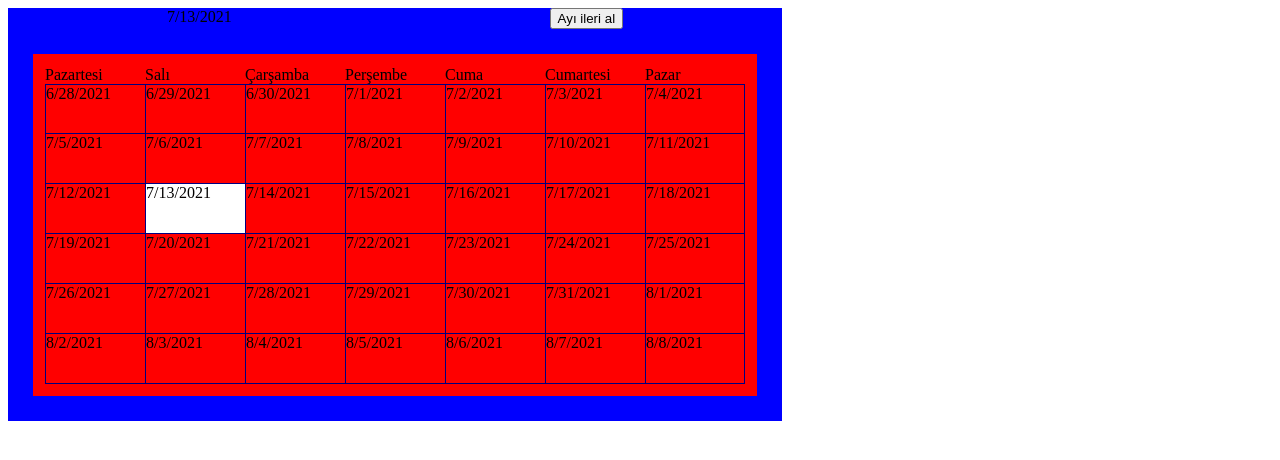
Repository: ahmetbugraozcan/javascript-calendar
Page: tablo.html
An editor plug-in stored every save of this project. The page is shown before and after the next save, followed by the edit.
The browser window is 1280 px wide. The pictures show the whole page.
After loading, the first visible `button` was clicked once.

Above is the page before, as saved 2021-07-13 10:57:32.
Console error: TypeError: currentYear is not a function

### tablo.html
<!DOCTYPE html>
<html lang="en">

<head>
    <meta charset="UTF-8">
    <meta http-equiv="X-UA-Compatible" content="IE=edge">
    <meta name="viewport" content="width=device-width, initial-scale=1.0">
    <title>Document</title>
</head>
<!--pazartesi salı çarş... için arrayler oluştur. arraylere göre günleri yerleştir.-->
<style>
    * {
        box-sizing: border-box;
    }

    .cell-last {
        border-right: 1px solid navy;

    }

    .cell-top {
        border-top: 1px solid navy;
    }

    /* her hücre*/
    .cell,
    .cell-top,
    .cell-last {
        text-overflow: clip;
        white-space: nowrap;
        overflow: hidden;
        border-bottom: 1px solid navy;
        border-left: 1px solid navy;
        width: 100px;
        height: 50px;
    }


    /*tablonun kendisi*/
    .calendar {
        margin: 25px;
        padding: 12px;
        display: flex;
        width: fit-content;
        background-color: red;
    }


    .container {
        background-color: blue;
        display: flex;
        width: fit-content;
        flex-direction: column;
    }

    .test {
        display: flex;
        justify-content: space-around;
    }
</style>

<body>

    <div class="container">

        <div class="test">
            <span id="currentDate"></span>

            <span><button type="button" onclick="nextDate()">Ayı ileri al</button></span>
        </div>
        <div class="calendar">
            <div>
                <div>Pazartesi</div>
                <div class="cell-top" id="pazartesi0">1</div>
                <div class="cell" id="pazartesi1">1</div>
                <div class="cell" id="pazartesi2">1</div>
                <div class="cell" id="pazartesi3">1</div>
                <div class="cell" id="pazartesi4">1</div>
                <div class="cell" id="pazartesi5">1</div>
            </div>
            <div>
                <div>Salı</div>
                <div class="cell-top" id="sali0">1</div>
                <div class="cell" id="sali1">1</div>
                <div class="cell" id="sali2">1</div>
                <div class="cell" id="sali3">1</div>
                <div class="cell" id="sali4">1</div>
                <div class="cell" id="sali5">1</div>
            </div>
            <div>
                <div>Çarşamba</div>
                <div class="cell-top" id="carsamba0">1</div>
                <div class="cell" id="carsamba1">1</div>
                <div id="carsamba2" class="cell">1</div>
                <div id="carsamba3" class="cell">1</div>
                <div id="carsamba4" class="cell">1</div>
                <div id="carsamba5" class="cell">1</div>
            </div>
            <div>
                <div>Perşembe</div>
                <div class="cell-top" id="persembe0">1</div>
                <div class="cell" id="persembe1">1</div>
                <div id="persembe2" class="cell">1</div>
                <div id="persembe3" class="cell">1</div>
                <div id="persembe4" class="cell">1</div>
                <div id="persembe5" class="cell">1</div>
            </div>
            <div>
                <div>Cuma</div>
                <div class="cell-top" id="cuma0">1</div>
                <div class="cell" id="cuma1">1</div>
                <div id="cuma2" class="cell">1</div>
                <div id="cuma3" class="cell">1</div>
                <div id="cuma4" class="cell">1</div>
                <div id="cuma5" class="cell">1</div>
            </div>
            <div>
                <div>Cumartesi</div>
                <div class="cell-top" id="cumartesi0">1</div>
                <div class="cell" id="cumartesi1">1</div>
                <div class="cell" id="cumartesi2">1</div>
                <div class="cell" id="cumartesi3">1</div>
                <div class="cell" id="cumartesi4">1</div>
                <div class="cell" id="cumartesi5">1</div>

            </div>
            <div>
                <div>Pazar</div>
                <div id="pazar0" class="cell-top" style="border-right: 1px solid navy;">1</div>
                <div id="pazar1" class="cell-last">1</div>
                <div id="pazar2" class="cell-last">1</div>
                <div id="pazar3" class="cell-last">1</div>
                <div id="pazar4" class="cell-last">1</div>
                <div id="pazar5" class="cell-last">1</div>
            </div>
        </div>
    </div>
    <script>
        function daysInMonth(month, year) {
            return new Date(year, month, 0).getDate();
        }
        var currentDate = new Date();
        var pazartesi = [];
        var sali = [];
        var carsamba = [];
        var persembe = [];
        var cuma = [];
        var cumartesi = [];
        var pazar = [];
        var gunler = ["pazar", "pazartesi", "sali", "carsamba", "persembe", "cuma", "cumartesi"];
        var baslanacakDate = new Date(currentDate.getFullYear(), currentDate.getMonth(), 1);
        var currentMonth = baslanacakDate.getMonth();
        var currentYear = baslanacakDate.getFullYear();

        fillCalendar();

        function fillCalendar() {
            console.log("Buraya girdik")
            var firstDate = baslanacakDate.getDay();
            if (firstDate == 0) {
                firstDate = 7;
            }
            baslanacakDate.setDate((baslanacakDate.getDate()) - (firstDate));
            // var today = new Date();
            // var todayWithoutTime = new Date(today.getFullYear(), today.getMonth(), today.getDate() );


            var counter = 0;
            for (let i = 1; i <= 42; i++) {
                baslanacakDate.setDate((baslanacakDate.getDate()) + (1));
                // bir tabloda 42 gün var o ayın kaç çektiğini bul bu aydan geriye kaç sayacağız ona bul bu aydan ileri kaç sayacağız onu bul ve ona göre bir date oluştur.
                //ardından bu for döngüsünü kullan

                // if(baslanacakDate.toDateString() ==  todayWithoutTime.toDateString()){
                //     console.log("bugün eşitlendi : " + i);
                //     counter = i;
                // }

                switch (baslanacakDate.getDay()) {
                    case 0:
                        pazar.push(baslanacakDate.toLocaleDateString());

                        break;
                    case 1:
                        pazartesi.push(baslanacakDate.toLocaleDateString());
                        break;
                    case 2:
                        sali.push(baslanacakDate.toLocaleDateString());
                        break;
                    case 3:
                        carsamba.push(baslanacakDate.toLocaleDateString());
                        break;

                    case 4:
                        persembe.push(baslanacakDate.toLocaleDateString());
                        break;

                    case 5:
                        cuma.push(baslanacakDate.toLocaleDateString());
                        break;

                    case 6:
                        cumartesi.push(baslanacakDate.toLocaleDateString());
                        break;
                }
            }


            document.getElementById("currentDate").innerHTML = currentDate.toLocaleDateString();
            for (let i = 0; i < 6; i++) {
                document.getElementById(`pazar${i}`).innerHTML = pazar[i];
                document.getElementById(`pazartesi${i}`).innerHTML = pazartesi[i];
                document.getElementById(`sali${i}`).innerHTML = sali[i];
                document.getElementById(`carsamba${i}`).innerHTML = carsamba[i];
                document.getElementById(`persembe${i}`).innerHTML = persembe[i];
                document.getElementById(`cuma${i}`).innerHTML = cuma[i];
                document.getElementById(`cumartesi${i}`).innerHTML = cumartesi[i];
                if (pazar[i] == currentDate.toLocaleDateString()) {
                    console.log("Bugün pazar");
                    document.getElementById(`pazar${i}`).style.backgroundColor = "white";
                } else if (pazartesi[i] == currentDate.toLocaleDateString()) {
                    console.log("Bugün pazartesi");
                    document.getElementById(`pazartesi${i}`).style.backgroundColor = "white";
                } else if (sali[i] == currentDate.toLocaleDateString()) {
                    console.log("Bugün sali");
                    document.getElementById(`sali${i}`).style.backgroundColor = "white";
                } else if (carsamba[i] == currentDate.toLocaleDateString()) {
                    console.log("Bugün carsamba");
                    document.getElementById(`carsamba${i}`).style.backgroundColor = "white";
                } else if (persembe[i] == currentDate.toLocaleDateString()) {
                    console.log("Bugün persembe");
                    document.getElementById(`persembe${i}`).style.backgroundColor = "white";
                } else if (cuma[i] == currentDate.toLocaleDateString()) {
                    console.log("Bugün cuma");
                    document.getElementById(`cuma${i}`).style.backgroundColor = "white";
                } else if (cumartesi[i] == currentDate.toLocaleDateString()) {
                    console.log("Bugün cumartesi");
                    document.getElementById(`cumartesi${i}`).style.backgroundColor = "white";
                }
            }
        }



        function nextDate() {

            pazar = [];
            pazartesi = [];
            sali = [];
            carsamba = [];
            persembe = [];
            cuma = [];
            cumartesi = [];
            if (currentMonth < 12) {
                currentMonth++;
            } else {
                currentMonth = 0;
                currentYear++;
            }
            baslanacakDate = new Date(currentYear(), currentMonth, 1);
            fillCalendar();
            console.log(baslanacakDate);

        }
    </script>



</html>

After the next save:
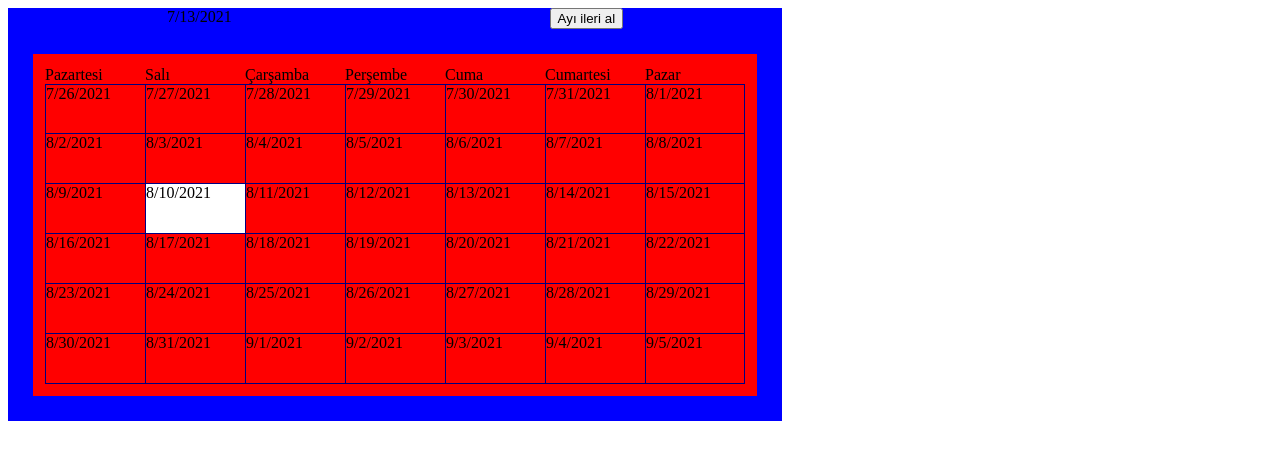
The error is gone.
Saved 24 s later.
--- a/tablo.html
+++ b/tablo.html
@@ -257,7 +257,7 @@
                 currentMonth = 0;
                 currentYear++;
             }
-            baslanacakDate = new Date(currentYear(), currentMonth, 1);
+            baslanacakDate = new Date(currentYear, currentMonth, 1);
             fillCalendar();
             console.log(baslanacakDate);
 
